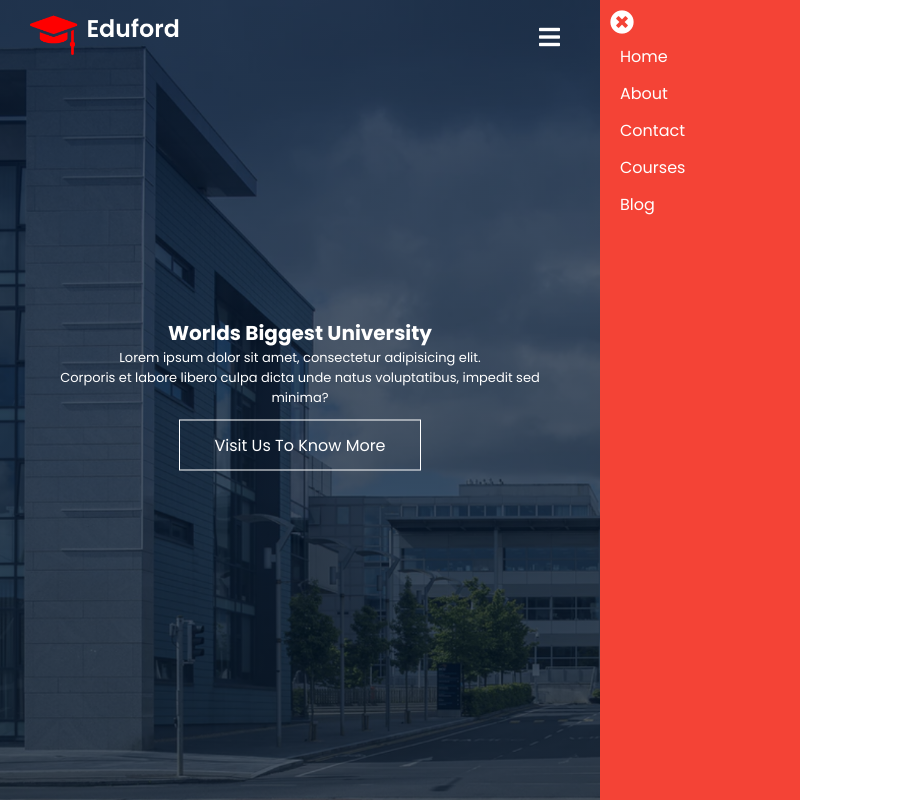
Repository: yashrajverma/Practise
Page: index.html
The author's editor kept a copy of each file at every save. The page is drawn from the files as they stood at one save, then again after the next save.
The browser window is 600 px wide. The page is 800 px wide, then 900 px, so the pictures cover 900 px, including what lies to the right of the window. The pictures show the whole page.

Above is the page before, as saved 2021-04-27 11:45:36.

After the next save:
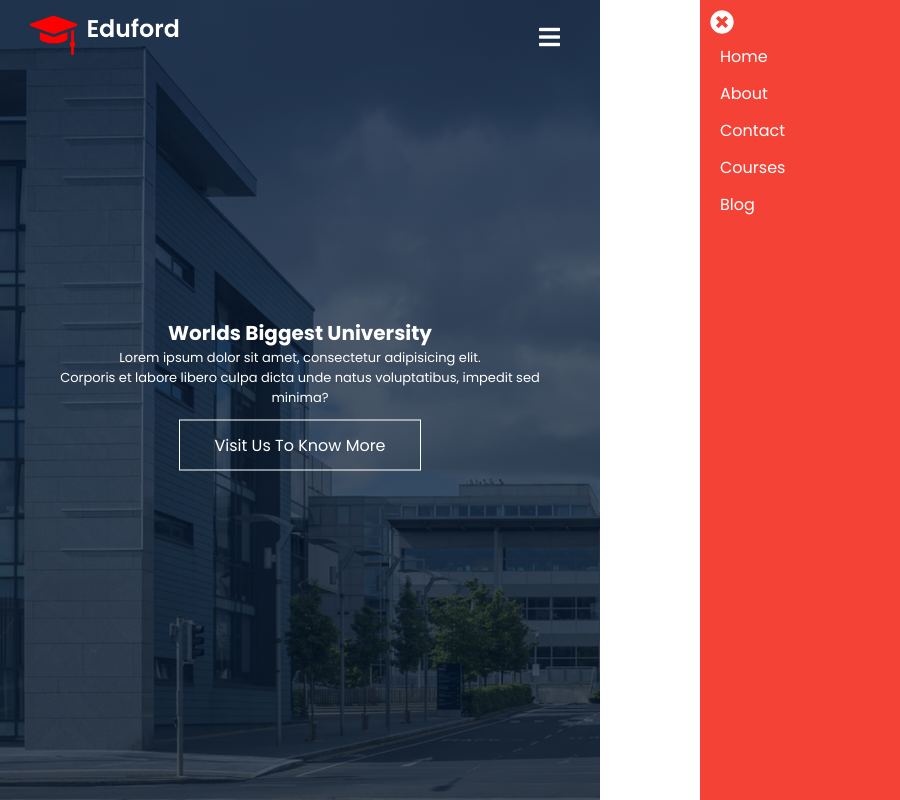
Saved 30 s later.
--- a/style.css
+++ b/style.css
@@ -96,7 +96,7 @@
     .nav-links{
         position: absolute;
         top: 0;
-        right: -200px;
+        right: -300px;
         background: #f44336;
         width: 200px;
         height: 100vh;
